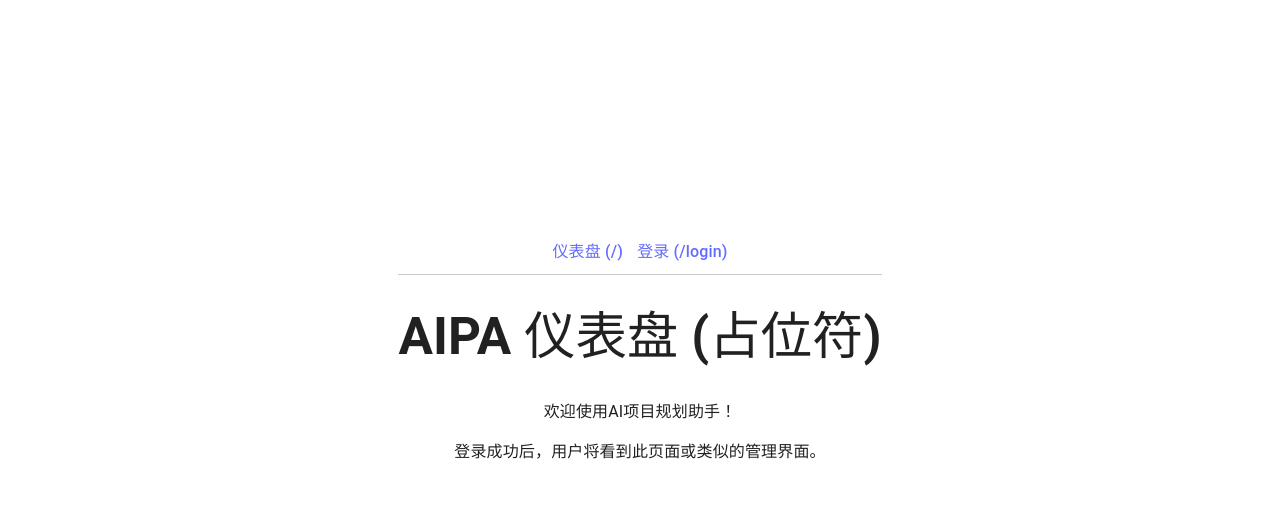
Repository: deloog/aipa
Page: /
An editor plug-in stored every save of this project. The page is shown before and after the next save, followed by the edit.
The browser window is 1280 px wide. The pictures show the whole page.
The project was rebuilt for these pictures with package versions that can differ from the ones it lists, and the page was loaded fresh each time. Also part of the build but not shown: vite.config.ts, src/pages/LoginPage.tsx.

Above is the page before, as saved 2025-05-26 16:52:35.

### src/main.tsx
import React from 'react';
import ReactDOM from 'react-dom/client';
import App from './App.tsx';
import './index.css'; // Vite模板中可能有的全局CSS，可以保留

import { ThemeProvider, createTheme } from '@mui/material/styles'; // 1. 导入MUI主题相关组件
import CssBaseline from '@mui/material/CssBaseline'; // 2. 导入CssBaseline

// 3. 创建一个基础的MUI主题实例 (我们暂时使用默认主题)
// 未来您可以根据需要在这里深度定制主题 (颜色、字体、间距等)
const theme = createTheme({
  // 例如，您可以定义调色板:
  // palette: {
  //   primary: {
  //     main: '#1976d2', // 这是一个示例主色调
  //   },
  //   secondary: {
  //     main: '#dc004e', // 这是一个示例次要色调
  //   },
  // },
});

ReactDOM.createRoot(document.getElementById('root')!).render(
  <React.StrictMode>
    <ThemeProvider theme={theme}> {/* 4. 使用ThemeProvider包裹App组件，并传入主题 */}
      <CssBaseline /> {/* 5. 添加CssBaseline以应用基础样式重置和MUI默认背景等 */}
      <App />
    </ThemeProvider>
  </React.StrictMode>,
);

### src/App.tsx
import { BrowserRouter, Routes, Route, Link } from 'react-router-dom';
import './App.css'; // Vite模板中可能有的默认CSS，可以暂时保留或按需修改
import LoginPage from './pages/LoginPage';
import DashboardPage from './pages/DashboardPage';

// 1. 创建临时的占位符组件 (我们后续会用真实的页面组件替换它们)

function DashboardPagePlaceholder() {
  return (
    <div>
      <h1>AIPA 仪表盘 (占位符)</h1>
      <p>欢迎使用AI项目规划助手！</p>
      <p>登录成功后，用户将看到此页面或类似的管理界面。</p>
    </div>
  );
}

// 2. 修改App组件以包含路由配置
function App() {
  return (
    <BrowserRouter>
      <div>
        <nav style={{ marginBottom: '20px', borderBottom: '1px solid #ccc', paddingBottom: '10px' }}>
          <Link to="/" style={{ marginRight: '10px' }}>仪表盘 (/) </Link>
          <Link to="/login">登录 (/login)</Link>
        </nav>

        <Routes>
          {/* 2. 更新 login 路由的 element */}
          <Route path="/login" element={<LoginPage />} />
          <Route path="/" element={<DashboardPagePlaceholder />} />
        </Routes>
      </div>
    </BrowserRouter>
  );
}

export default App;

### src/pages/DashboardPage.tsx
// src/pages/DashboardPage.tsx
import React from 'react';
import Container from '@mui/material/Container';
import Typography from '@mui/material/Typography';
import Button from '@mui/material/Button';
import Box from '@mui/material/Box';
// import { useNavigate } from 'react-router-dom'; // 我们将在后续步骤添加导航逻辑

const DashboardPage: React.FC = () => {
  // const navigate = useNavigate(); // 后续步骤使用

  const handleCreateNewProject = () => {
    // 在后续步骤 (步骤3) 中，我们将在这里添加导航到“新项目创建”页面的逻辑
    console.log('“创建新项目规划”按钮被点击了！');
    alert('导航到新项目创建页面的逻辑待实现！');
    // navigate('/projects/new'); // 示例导航路径，后续定义
  };

  // 用户昵称暂时可以是假数据或登录后从API获取——获取逻辑后续实现
  const userName = "用户"; // 临时用 "用户"

  return (
    <Container component="main" maxWidth="md"> {/* md 表示中等宽度容器 */}
      <Box
        sx={{
          marginTop: 4,
          display: 'flex',
          flexDirection: 'column',
          alignItems: 'center',
        }}
      >
        <Typography component="h1" variant="h4" gutterBottom>
          欢迎，{userName}！
        </Typography>
        <Typography component="p" variant="body1" sx={{ mb: 4 }}>
          在这里管理您的AI项目规划，或开始一个新的规划。
        </Typography>
        <Button
          variant="contained"
          color="primary"
          size="large"
          onClick={handleCreateNewProject}
        >
          创建新项目规划
        </Button>
        {/* 未来这里可以展示用户的项目列表等 */}
      </Box>
    </Container>
  );
};

export default DashboardPage;

Loaded but not shown: index.html (common file); src/index.css (common file); src/App.css (common file)

After the next save:
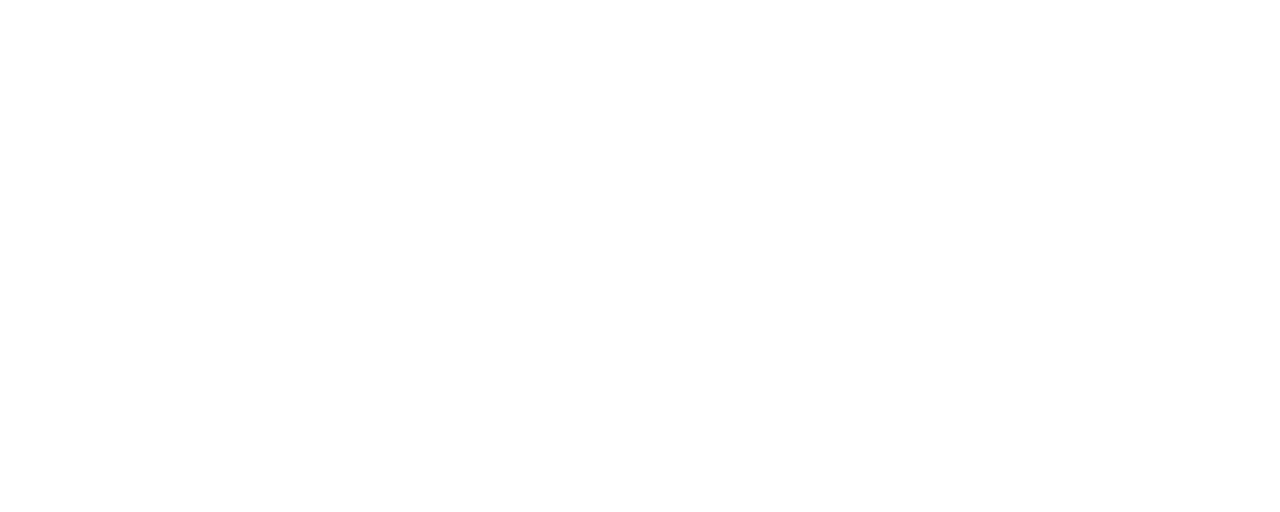
Console error: ReferenceError: DashboardPagePlaceholder is not defined
Saved 47 s later.
--- a/src/App.tsx
+++ b/src/App.tsx
@@ -5,15 +5,7 @@
 
 // 1. 创建临时的占位符组件 (我们后续会用真实的页面组件替换它们)
 
-function DashboardPagePlaceholder() {
-  return (
-    <div>
-      <h1>AIPA 仪表盘 (占位符)</h1>
-      <p>欢迎使用AI项目规划助手！</p>
-      <p>登录成功后，用户将看到此页面或类似的管理界面。</p>
-    </div>
-  );
-}
+
 
 // 2. 修改App组件以包含路由配置
 function App() {

After the 3 saves that followed:
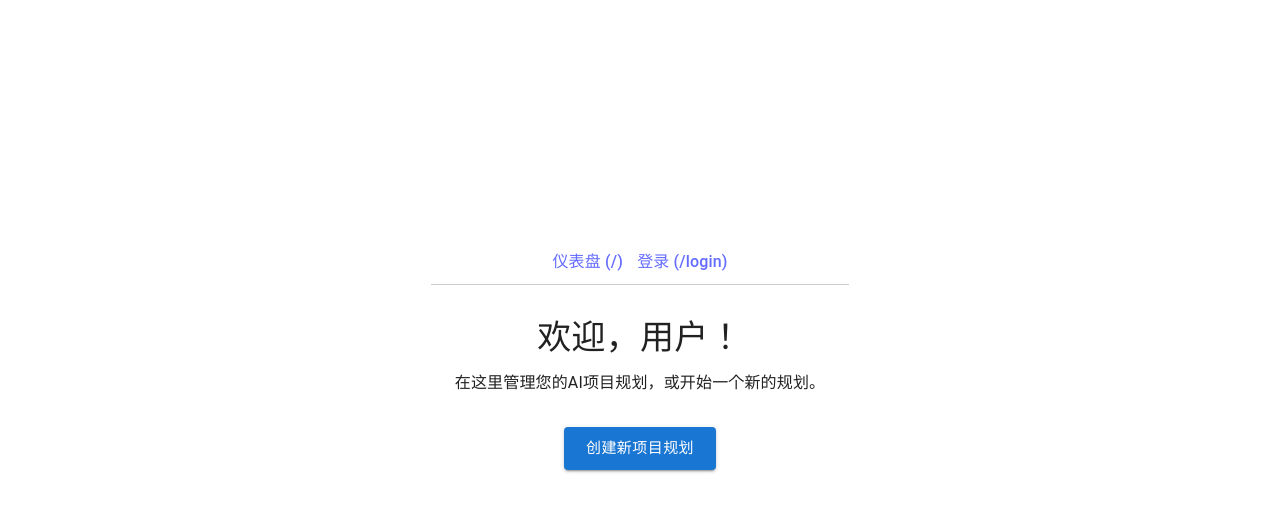
The error is gone.
The 3 saves are shown as one change because 1 did not build or start and 1 left the picture as it was.
The last was saved 69 s later.
--- a/src/App.tsx
+++ b/src/App.tsx
@@ -18,9 +18,9 @@
         </nav>
 
         <Routes>
-          {/* 2. 更新 login 路由的 element */}
           <Route path="/login" element={<LoginPage />} />
-          <Route path="/" element={<DashboardPagePlaceholder />} />
+          {/* 2. 更新根路径 / 的 element */}
+          <Route path="/" element={<DashboardPage />} />
         </Routes>
       </div>
     </BrowserRouter>
